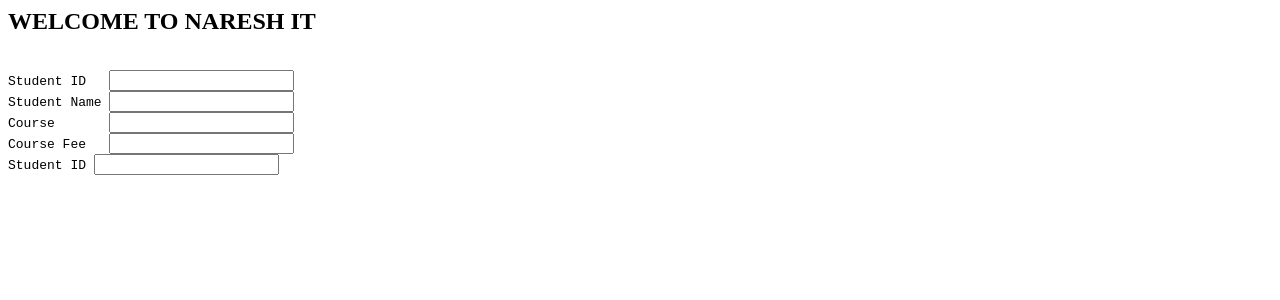
Repository: shivendra05/WebService_SpringRest
Page: http://localhost/28_JAXRSJersey_Annotation_HK2_LayerdApplication_mysql_Consumer/
An editor plug-in stored every save of this project. The page is shown before and after the next save, followed by the edit.
The browser window is 1280 px wide. The pictures show the whole page.
The page is served by Tomcat 9.

Above is the page before, as saved 2021-12-22 06:26:15.

After the next save:
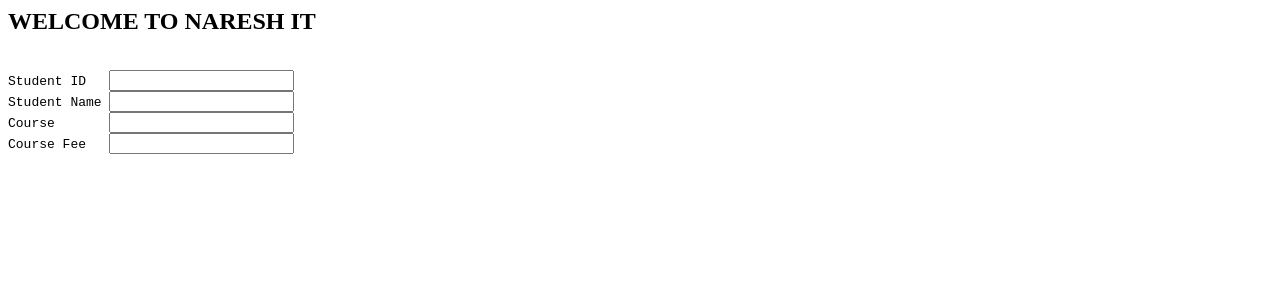
Saved 8 s later.
--- a/RestFullWebServices-JAXRS/28_JAXRSJersey_Annotation_HK2_LayerdApplication_mysql_Consumer/src/main/webapp/index.jsp
+++ b/RestFullWebServices-JAXRS/28_JAXRSJersey_Annotation_HK2_LayerdApplication_mysql_Consumer/src/main/webapp/index.jsp
@@ -10,8 +10,6 @@
 Student Name <input type="text" name= "sname">
 Course       <input type="text" name= "course">
 Course Fee   <input type="text" name= "fee">
-Student ID <input type="text" name= sid>
-
 
 </pre>
 </form>
